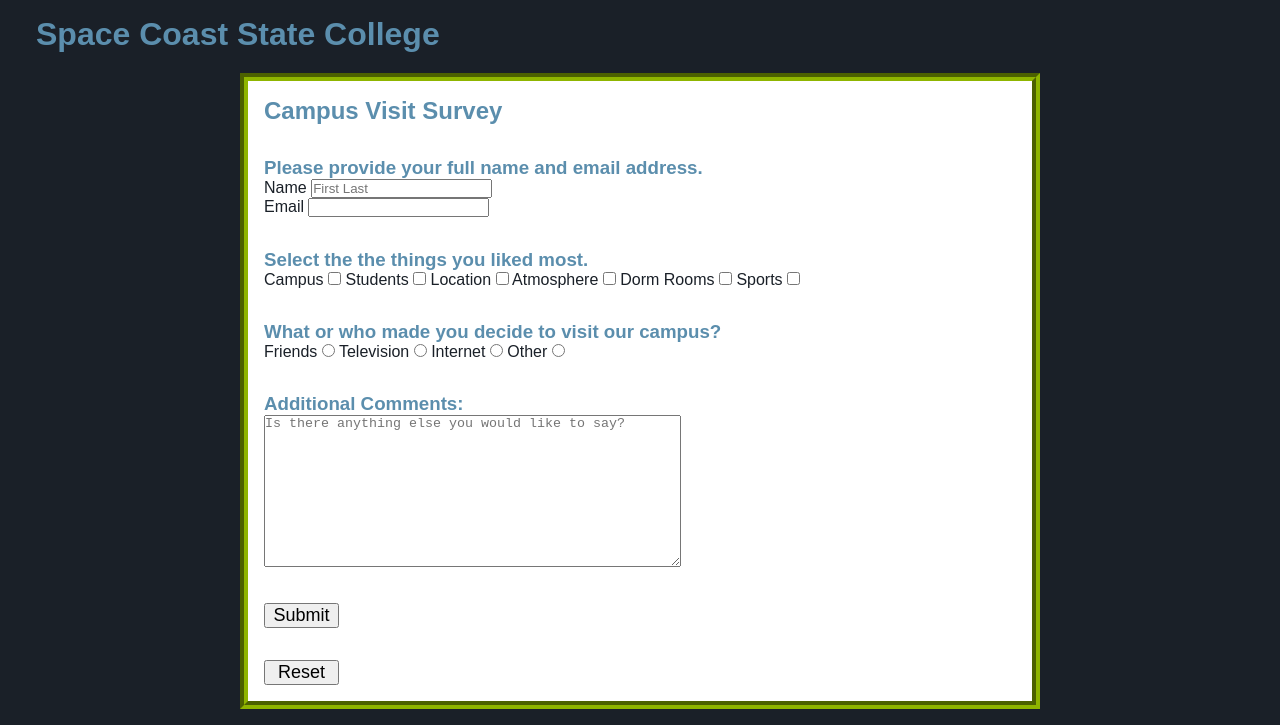
Repository: mlmEFSC21/P2-University-Form
Page: index.html
An editor plug-in stored every save of this project. The page is shown before and after the next save, followed by the edit.
The browser window is 1280 px wide. The pictures show the whole page.
Some web fonts or font styles are not loaded; a fallback is used.

Above is the page before, as saved 2022-01-29 19:32:52.

After the next save:
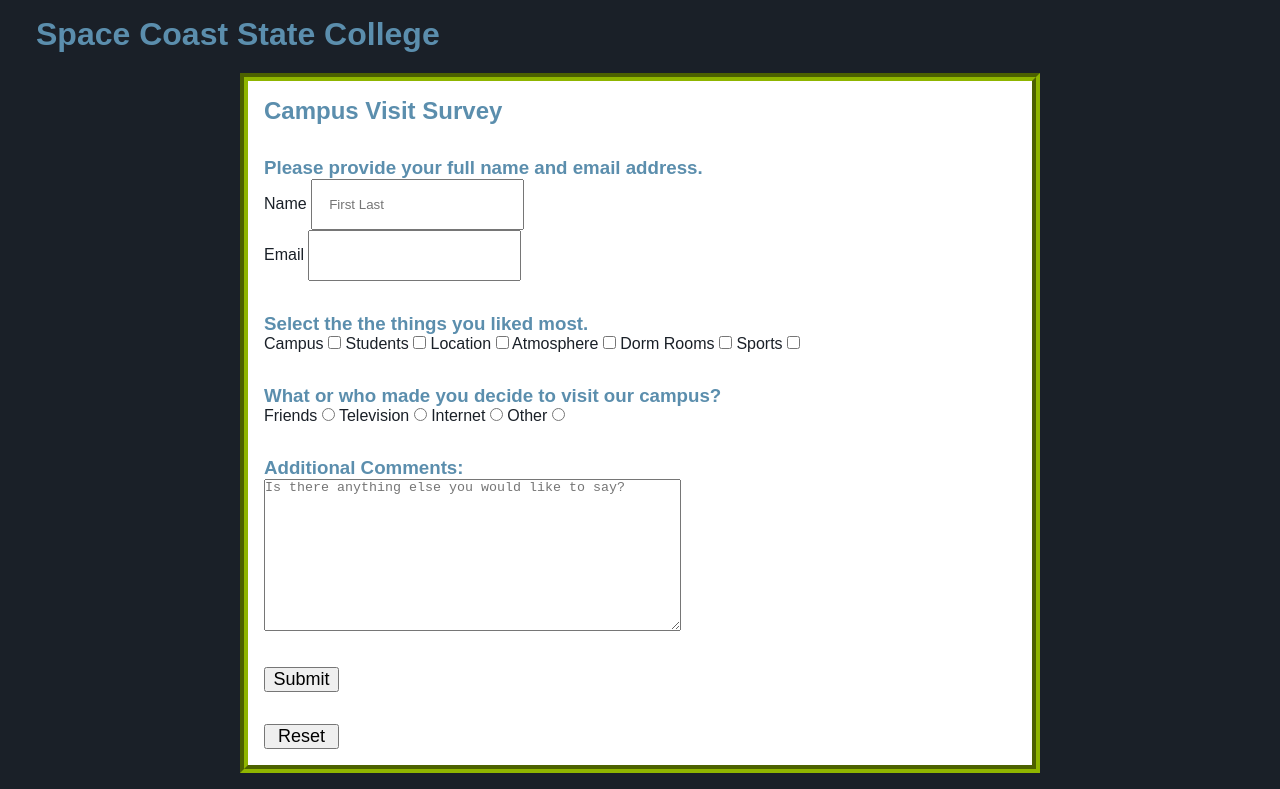
Saved 6 s later.
--- a/uniFormStyles.css
+++ b/uniFormStyles.css
@@ -38,7 +38,7 @@
 }
 input {
     accent-color: var(--clr-accent);
-    padding: auto;
+    padding: 1rem;
 }
 label {
     color: var(--clr-second);

After the save that followed:
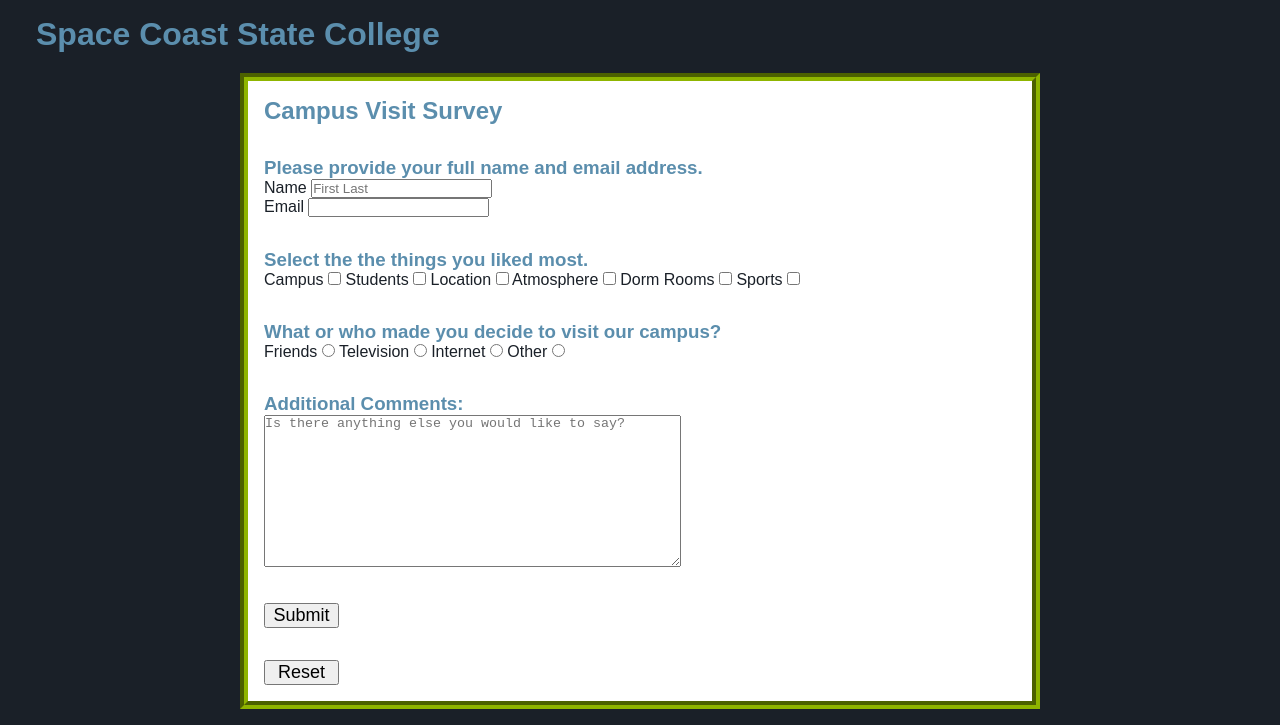
Saved 11 s later.
--- a/uniFormStyles.css
+++ b/uniFormStyles.css
@@ -38,7 +38,6 @@
 }
 input {
     accent-color: var(--clr-accent);
-    padding: 1rem;
 }
 label {
     color: var(--clr-second);
